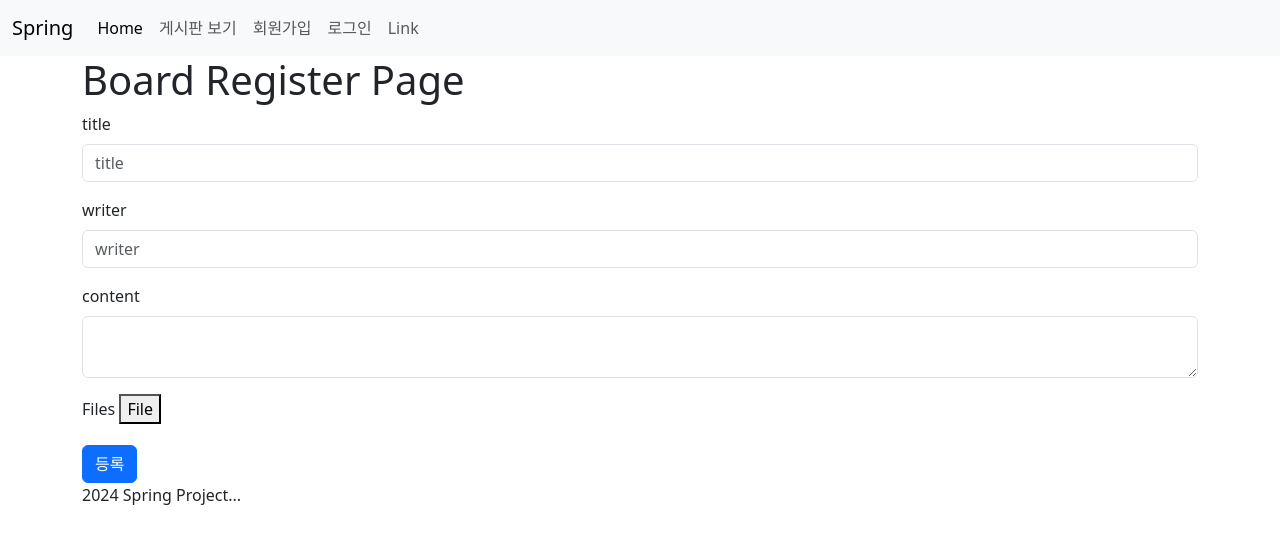
Repository: oco0217/springTest240430
Page: http://localhost/spring_study/WEB-INF/views/board/register.jsp
An editor plug-in stored every save of this project. The page is shown before and after a run of saves, followed by the edit.
The browser window is 1280 px wide. The pictures show the whole page.
The page is served by Tomcat 9. Nobody is signed in. The template is opened directly, without the code that normally fills it, so the values that code supplies are empty.

Above is the page before, as saved 2024-04-29 01:35:41.

After the next 2 saves:
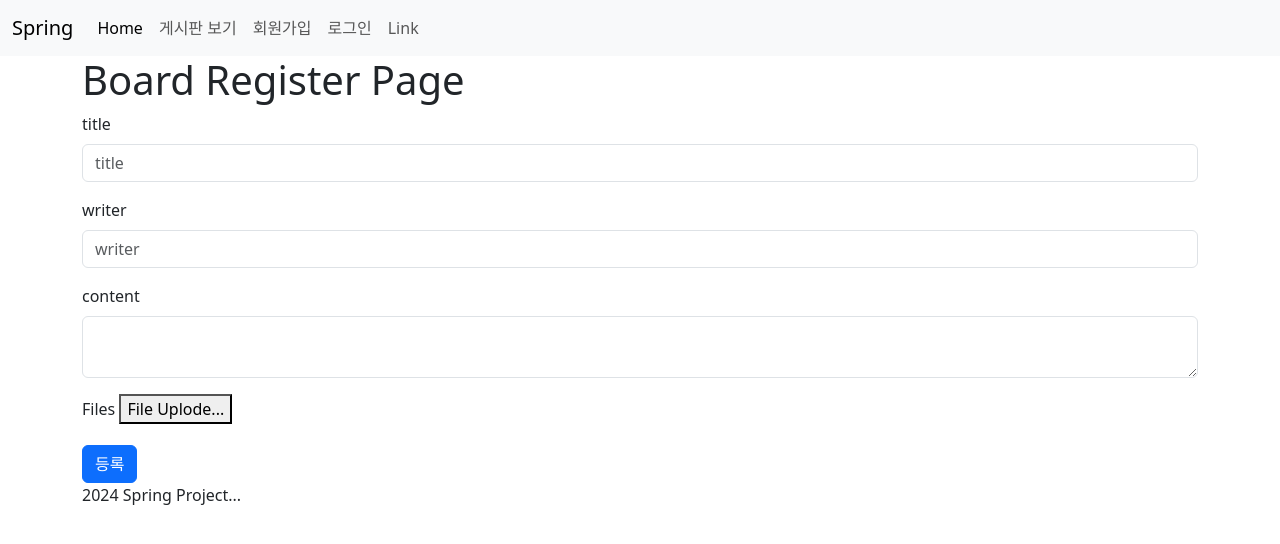
The 2 saves are shown as one change because they came seconds apart.
The last was saved 10 s later.
--- a/spring_study/src/main/webapp/WEB-INF/views/board/register.jsp
+++ b/spring_study/src/main/webapp/WEB-INF/views/board/register.jsp
@@ -24,7 +24,7 @@
 <div class="mb-3">
   <label for="file" class="form-label">Files</label>
   <input type="file" class="form-control" id="file" name="file" multiple="multiple" style="display: none">
-  <button type="button" class="">File</button>
+  <button type="button" class="">File Uplode...</button>
 </div>
 
 <button type="submit" class="btn btn-primary">등록</button>
